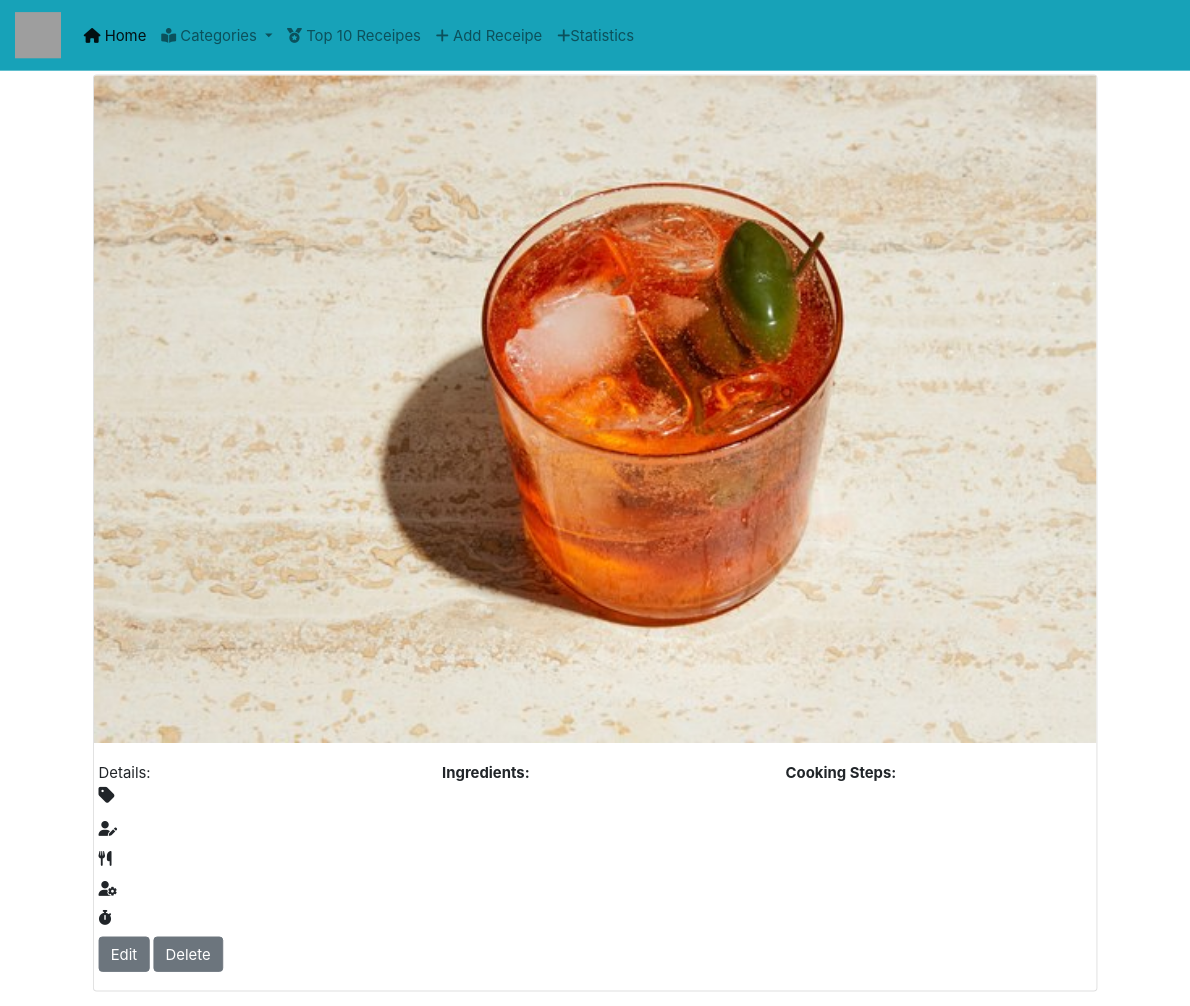
Repository: toderas/Flask-Cook-Book
Page: templates/showrecipe.html
The author's editor kept a record of every edit. The page is drawn from the files as they stood at one moment, then again after the next edit.
The browser window is 1280 px wide. The pictures show the whole page, at 93% of full size.
Pictures or frames that could not be fetched are drawn as grey boxes. Some web libraries are served in a nearby version. The page is served by the project's application, run on Flask 3 (cookbook.py). The template is opened directly, without the code that normally fills it, so the values that code supplies are empty.

Above is the page before.

### templates/showrecipe.html
{% extends 'home.html'%} {% block content %}
<div class="container">
  <div class="col-12">
    <div class="card mt-1 mb-3">
      <img class="card-img-top receipe-picture" src="{{url_for('static', filename='receipe-pictures/aperol-spritz.jpg')}}" alt="Card image cap">
      <div class="row">
        <div class="card-body col-12 col-sm-4">
          <span>Details:</span>
          <div>
            <h5 class="card-title"><i class="fas fa-tag"></i> {{recipe.dish_name}}</h5>
          </div>
          <div class="mb-2"><i class="fas fa-user-edit"></i> <strong>{{recipe.dish_author}}</strong></div>
          <div class="mb-2"><i class="fas fa-utensils"></i> {{recipe.category_name}}</div>
          <div class="mb-2"><i class="fas fa-user-cog"></i> {{recipe.dish_required_skill}}</div>
          <div class="mb-2"><i class="fas fa-stopwatch"></i> {{recipe.dish_prep_time}}</div>

            <a href="#"><button type="button" class="btn btn-secondary">Edit</button></a>
            <a href="#"><button type="button" class="btn btn-secondary">Delete</button></a>
        </div>
        <div class="card-body col-12 col-sm-4">
          <span><strong>Ingredients:</strong></span>
          <div>{{recipe.dish_ingredients}}</div>
        </div>
        <div class="card-body col-12 col-sm-4">
          <span><strong>Cooking Steps:</strong></span>
          <div>{{recipe.dish_preparation_steps}}</div>
        </div>
      </div>
    </div>
  </div>
</div>
{% endblock %}

### templates/home.html
<!DOCTYPE html>
<html lang="en">

<head>
  <meta charset="UTF-8">
  <meta name="viewport" content="width=device-width, initial-scale=1.0">
  <meta http-equiv="X-UA-Compatible" content="ie=edge">
  <!--CSS-->
  <link rel="stylesheet" href="{{url_for('static', filename='css/style.css')}}" type="text/css" />
  <!--Bootstrap-->
  <link rel="stylesheet" href="https://stackpath.bootstrapcdn.com/bootstrap/4.1.3/css/bootstrap.min.css" integrity="sha384-MCw98/SFnGE8fJT3GXwEOngsV7Zt27NXFoaoApmYm81iuXoPkFOJwJ8ERdknLPMO" crossorigin="anonymous">

  <title>Document</title>
</head>

<body>
  <nav class="navbar navbar-expand-lg navbar-light bg-info">
    <a class="navbar-brand" href="{{url_for('recipes')}}"><img class="logo-image" alt="chef logo" src="https://encrypted-tbn0.gstatic.com/images?q=tbn:ANd9GcRTUhnKjobAOjmlVUzxfUoGj2VBu2mOXKPmnmZjkuTfKeNhWaxOfg"></img></a>
    <button class="navbar-toggler" type="button" data-toggle="collapse" data-target="#navbarNavDropdown" aria-controls="navbarNavDropdown" aria-expanded="false" aria-label="Toggle navigation">
    <span class="navbar-toggler-icon"></span>
  </button>
    <div class="collapse navbar-collapse" id="navbarNavDropdown">
      <ul class="navbar-nav">
        <li class="nav-item active">
          <a class="nav-link" href="{{url_for('recipes')}}"> <i class="fas fa-home"></i> Home <span class="sr-only">(current)</span></a>
        </li>
        <li class="nav-item dropdown">
          <a class="nav-link dropdown-toggle" href="#" id="navbarDropdownMenuLink" role="button" data-toggle="dropdown" aria-haspopup="true" aria-expanded="false">
           <i class="fas fa-book-reader"></i> Categories
        </a>
          <div class="dropdown-menu" aria-labelledby="navbarDropdownMenuLink">
            <a class="dropdown-item" href="{{url_for('aperitif')}}">Aperitifs</a>
            <a class="dropdown-item" href="{{url_for('starter')}}">Starters</a>
            <a class="dropdown-item" href="{{url_for('intermediate')}}">Intermediate</a>
            <a class="dropdown-item" href="{{url_for('main')}}">Mains</a>
            <a class="dropdown-item" href="{{url_for('dessert')}}">Desserts</a>
          </div>
        </li>
        <li class="nav-item">
          <a class="nav-link" href="{{url_for('top_ten')}}"> <i class="fas fa-medal"></i> Top 10 Receipes</a>
        </li>
        <li class="nav-item">
          <a class="nav-link" href="{{url_for('addrecipe')}}"><i class="fas fa-plus"></i> Add Receipe</a>
        </li>
        <li class="nav-item">
          <a class="nav-link" href="{{url_for('show_chart')}}"><i class="fas fa-plus"></i>Statistics</a>
        </li>
      </ul>
    </div>
  </nav>
  {% block content %} {% endblock %}

</body>
<!--Font Awesome-->
<script src="https://kit.fontawesome.com/9e425c7d13.js"></script>
<!--Bootstrap js-->
<script src="https://code.jquery.com/jquery-3.3.1.slim.min.js" integrity="sha384-q8i/X+965DzO0rT7abK41JStQIAqVgRVzpbzo5smXKp4YfRvH+8abtTE1Pi6jizo" crossorigin="anonymous"></script>
<script src="https://cdnjs.cloudflare.com/ajax/libs/popper.js/1.14.3/umd/popper.min.js" integrity="sha384-ZMP7rVo3mIykV+2+9J3UJ46jBk0WLaUAdn689aCwoqbBJiSnjAK/l8WvCWPIPm49" crossorigin="anonymous"></script>
<script src="https://stackpath.bootstrapcdn.com/bootstrap/4.1.3/js/bootstrap.min.js" integrity="sha384-ChfqqxuZUCnJSK3+MXmPNIyE6ZbWh2IMqE241rYiqJxyMiZ6OW/JmZQ5stwEULTy" crossorigin="anonymous"></script>

</html>

### cookbook.py
import os
from flask import Flask, render_template, redirect, request, url_for, request
from flask_pymongo import PyMongo
from bson.objectid import ObjectId

app=Flask(__name__)

app.config["MONGO_DBNAME"] = 'cook-book'
app.config["MONGO_URI"] = 'mongodb+srv://tode:1Martie1998@myfirstcluster-dxyoc.mongodb.net/cook-book?retryWrites=true&w=majority'

mongo = PyMongo(app)



@app.route("/")
def hello():
    return "Hello World!"



if __name__ == '__main__':
    app.run(host=os.environ.get('IP'),
            port=int(os.environ.get('PORT')),
            debug=True)

#if __name__ == '__main__':
  #  app.run(host='0.0.0.0', port=8080, debug=True)

### static/css/style.css
.logo-image {
    width: 50px;
    height: 50px;
}
.list-inline-item:not(:last-child) {
    margin: 0 !important;
}

After the next edit:
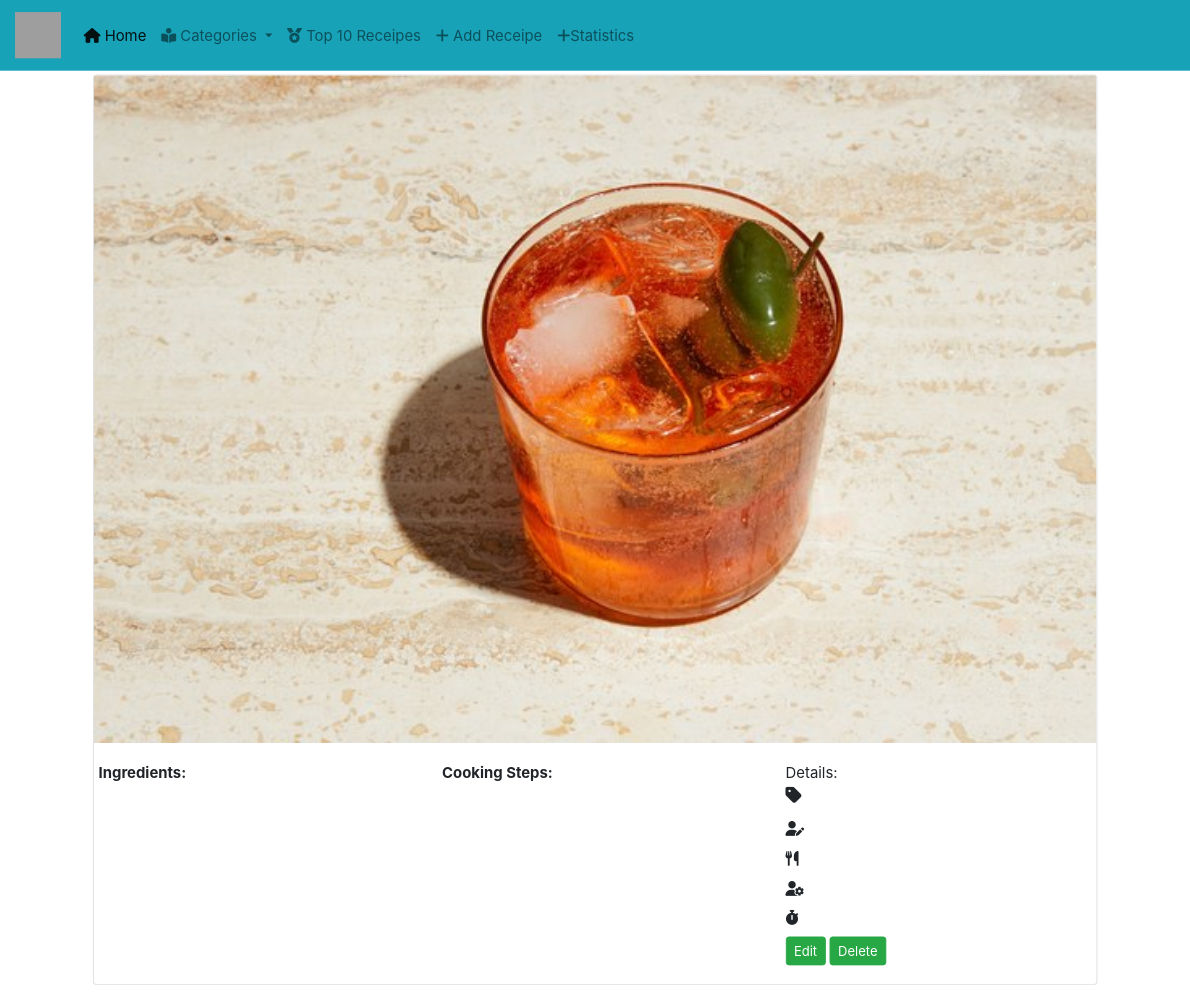
The edit:
--- a/templates/showrecipe.html
+++ b/templates/showrecipe.html
@@ -4,7 +4,16 @@
     <div class="card mt-1 mb-3">
       <img class="card-img-top receipe-picture" src="{{url_for('static', filename='receipe-pictures/aperol-spritz.jpg')}}" alt="Card image cap">
       <div class="row">
+
         <div class="card-body col-12 col-sm-4">
+          <span><strong>Ingredients:</strong></span>
+          <div>{{recipe.dish_ingredients}}</div>
+        </div>
+        <div class="card-body col-12 col-sm-4">
+          <span><strong>Cooking Steps:</strong></span>
+          <div>{{recipe.dish_preparation_steps}}</div>
+        </div>
+         <div class="card-body col-12 col-sm-4">
           <span>Details:</span>
           <div>
             <h5 class="card-title"><i class="fas fa-tag"></i> {{recipe.dish_name}}</h5>
@@ -13,17 +22,8 @@
           <div class="mb-2"><i class="fas fa-utensils"></i> {{recipe.category_name}}</div>
           <div class="mb-2"><i class="fas fa-user-cog"></i> {{recipe.dish_required_skill}}</div>
           <div class="mb-2"><i class="fas fa-stopwatch"></i> {{recipe.dish_prep_time}}</div>
-
-            <a href="#"><button type="button" class="btn btn-secondary">Edit</button></a>
-            <a href="#"><button type="button" class="btn btn-secondary">Delete</button></a>
-        </div>
-        <div class="card-body col-12 col-sm-4">
-          <span><strong>Ingredients:</strong></span>
-          <div>{{recipe.dish_ingredients}}</div>
-        </div>
-        <div class="card-body col-12 col-sm-4">
-          <span><strong>Cooking Steps:</strong></span>
-          <div>{{recipe.dish_preparation_steps}}</div>
+          <a href="#"><button type="button" class="btn btn-sm btn-success">Edit</button></a>
+          <a href="#"><button type="button" class="btn btn-sm btn-success">Delete</button></a>
         </div>
       </div>
     </div>
